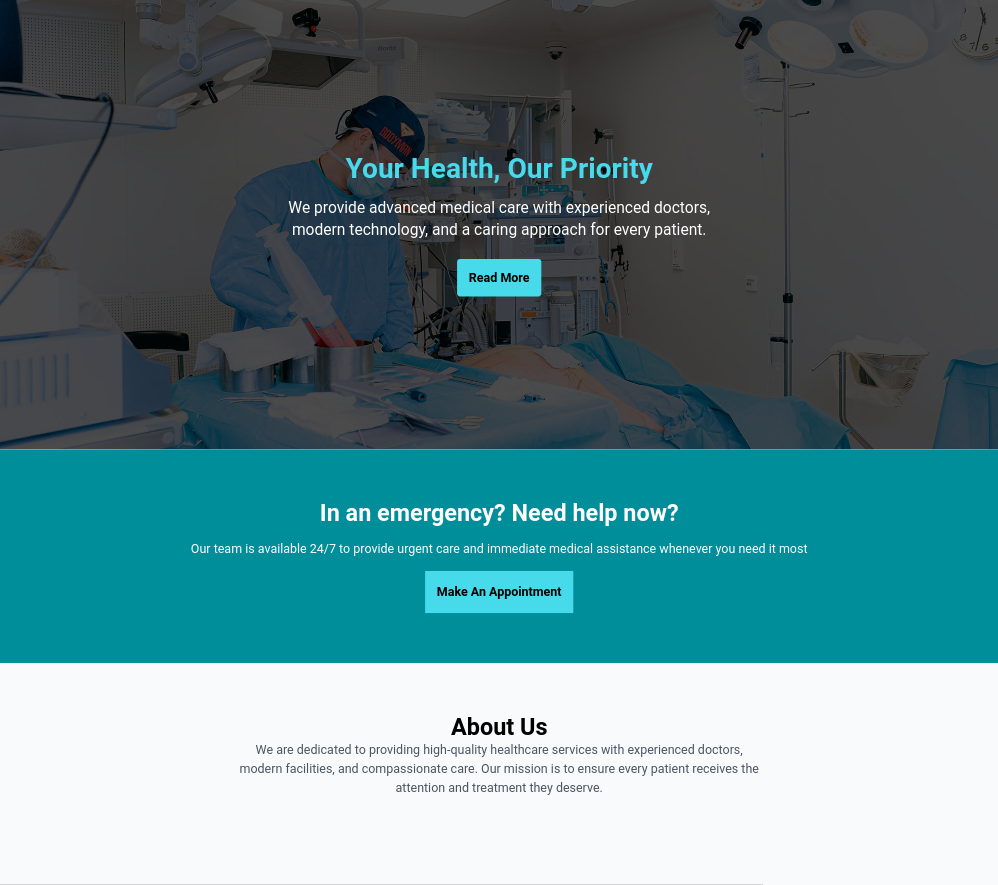
Repository: ahmedkhaleddev02-del/DoctorAppointment-MERN
Page: / (app in frontend/frontend/)
The author's editor kept a copy of each file at every save. The page is drawn from the files as they stood at one save, then again after the next save.
The browser window is 1280 px wide. The pictures show the whole page, at 78% of full size.
The project was rebuilt for these pictures with package versions that can differ from the ones it lists, and the page was loaded fresh each time.

Above is the page before, as saved 2025-07-27 18:06:15.

After the next save:
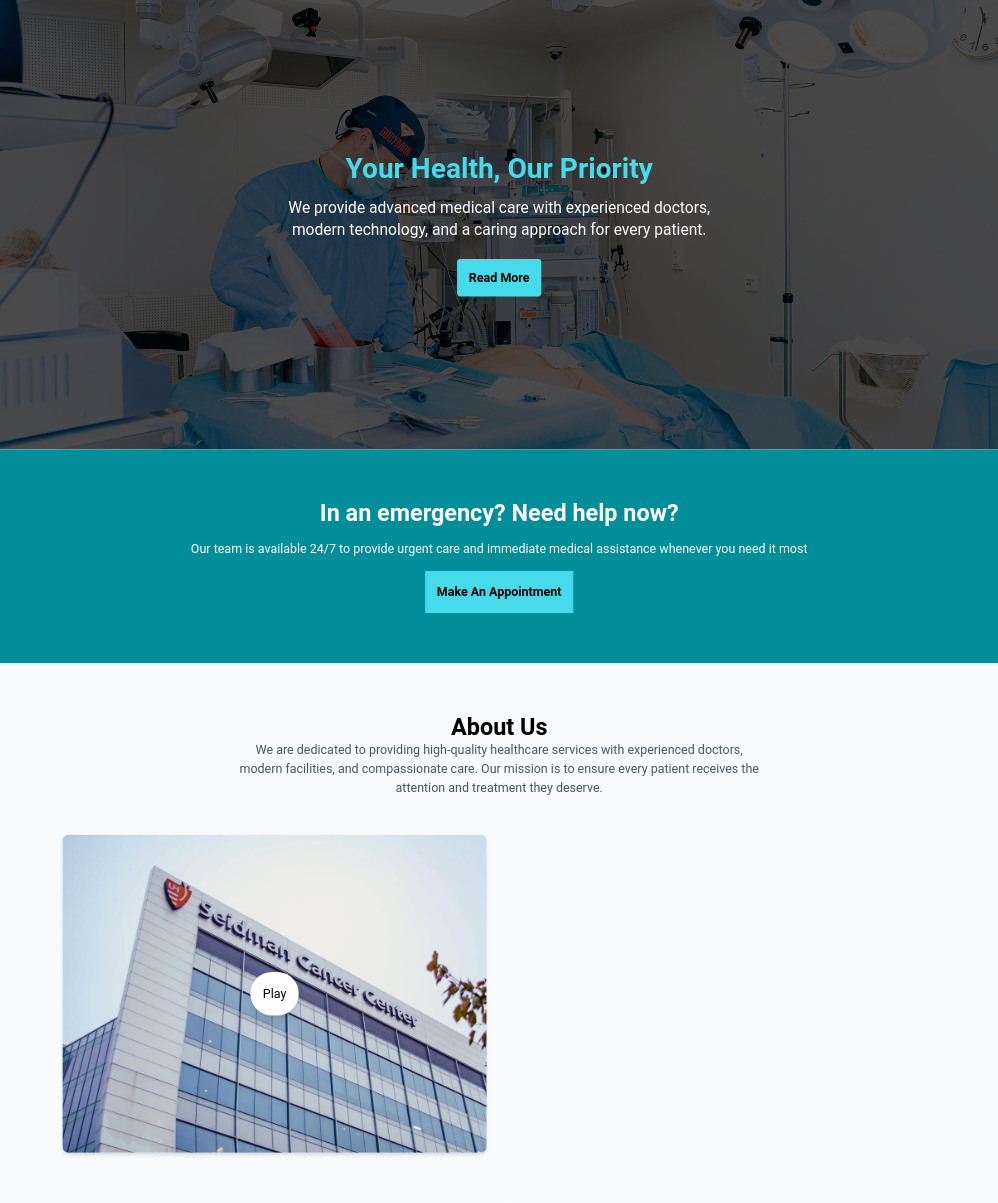
Saved 108 s later.
--- a/frontend/frontend/src/components/About.jsx
+++ b/frontend/frontend/src/components/About.jsx
@@ -17,7 +17,16 @@
 
         <div className='max-w-6xl mx-auto grid sm:grid-cols-1 md:grid-cols-2 gap-8 px-4'>
             <div className='relative'>
-                <img src=''/>
+                <img src={AboutUs}  className="rounded-lg shadow-md"/>
+                <a href='https://www.youtube.com/watch?v=Y7f98aduVJ8' className="absolute inset-0 flex items-center justify-center">
+
+                <div className='bg-white rounded-full p-4 shadow-lg hover:scale-110 transition'>
+                    Play
+                </div>
+
+
+
+                </a>
             </div>
         </div>
 
